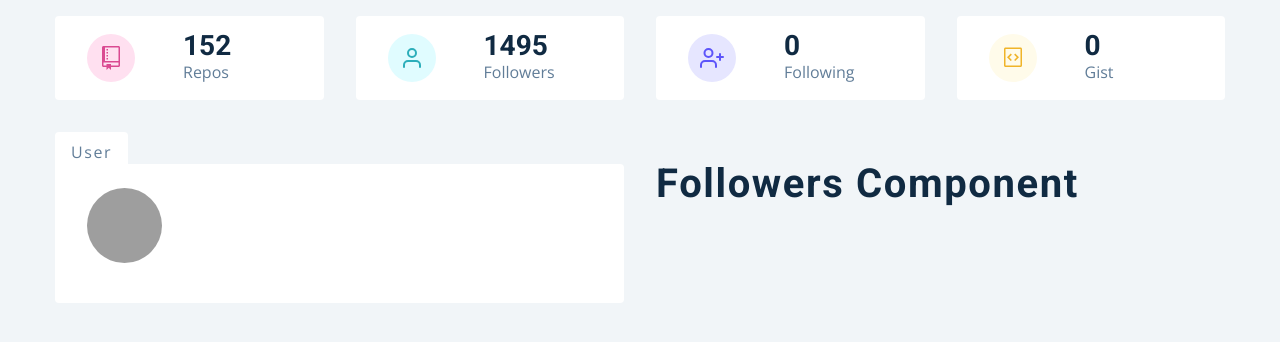
Repository: MateuszWorek/react-search-github-users
Page: /
The author's editor kept a copy of each file at every save. The page is drawn from the files as they stood at one save, then again after the next save.
The browser window is 1280 px wide. The pictures show the whole page.
Pictures or frames that could not be fetched are drawn as grey boxes. The project was rebuilt for these pictures with package versions that can differ from the ones it lists, and the page was loaded fresh each time. Also part of the build but not shown: src/components/Charts/ExampleChart.js, src/components/Charts/Column3D.js, src/components/Charts/Bar3D.js, src/components/Charts/Pie3D.js, src/components/Charts/Doughnut2d.js, src/components/Charts/index.js, src/components/Repos.js, src/components/Search.js and 5 more.

Above is the page before, as saved 2021-01-26 19:55:37.

After the next save:
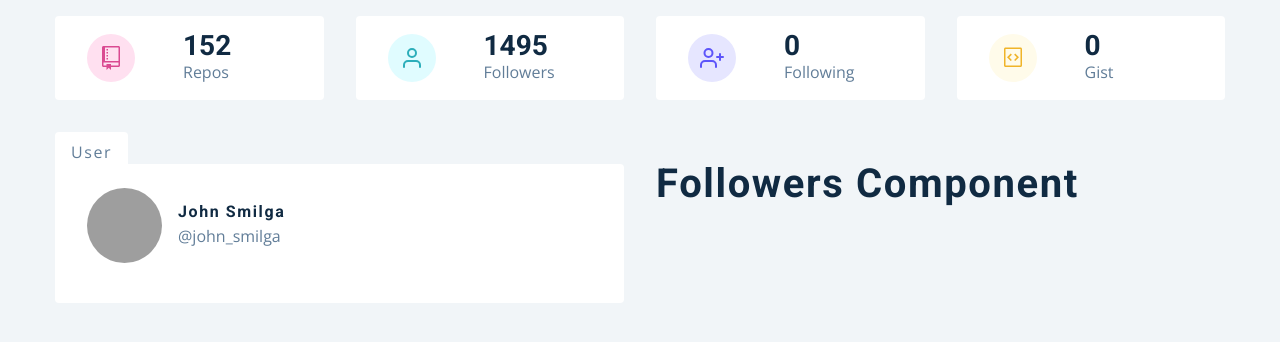
Saved 78 s later.
--- a/src/components/Card.js
+++ b/src/components/Card.js
@@ -9,6 +9,10 @@ const Card = () => {
     <Wrapper>
       <header>
         <img src={ avatar_url} alt={ name }/>
+        <div>
+          <h4>{ name }</h4>
+          <p>@{ twitter_username }</p>
+        </div>
       </header>
     </Wrapper>
   );
